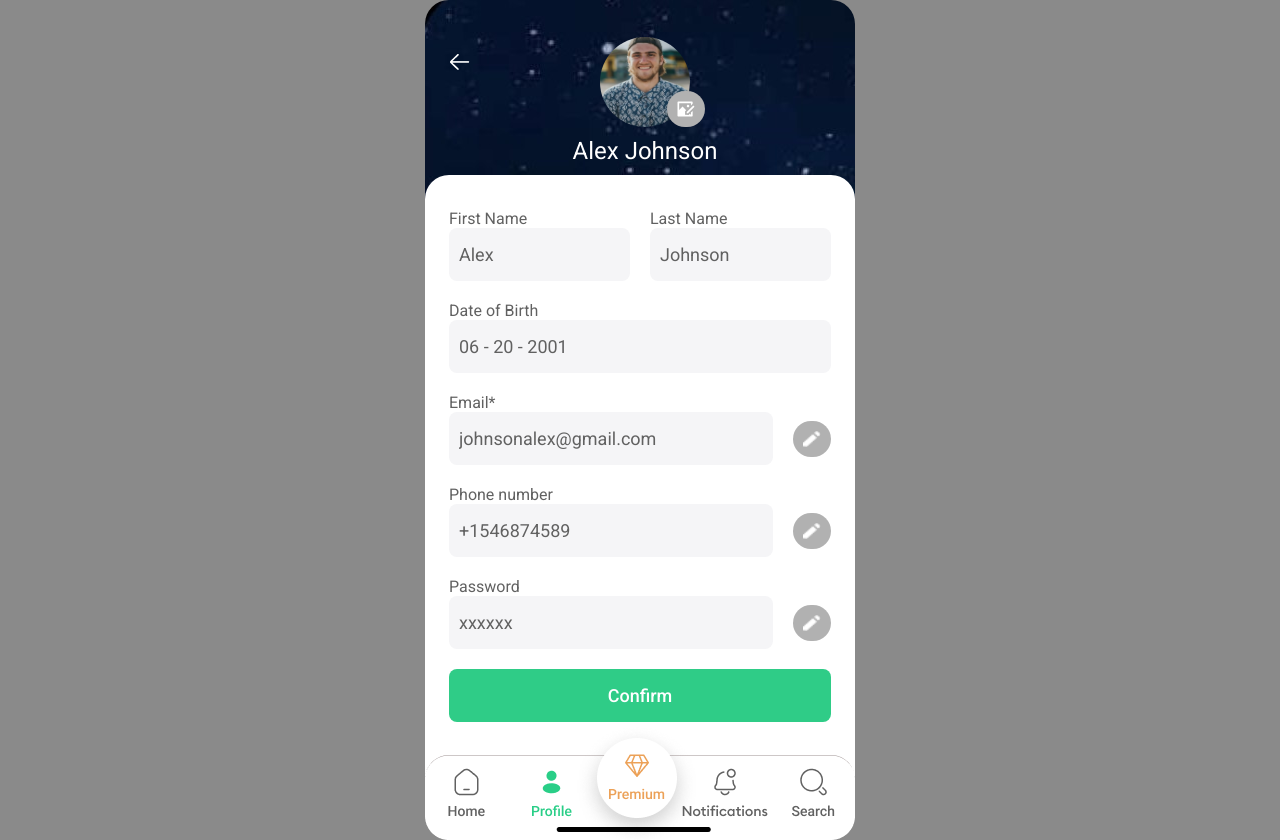
Repository: AytacSafarova/Task-figma-ui
Page: index.html
An editor plug-in stored every save of this project. The page is shown before and after a run of saves, followed by the edit.
The browser window is 1280 px wide. The pictures show the whole page.

Above is the page before, as saved 2023-02-25 19:53:09.

After the next 3 saves:
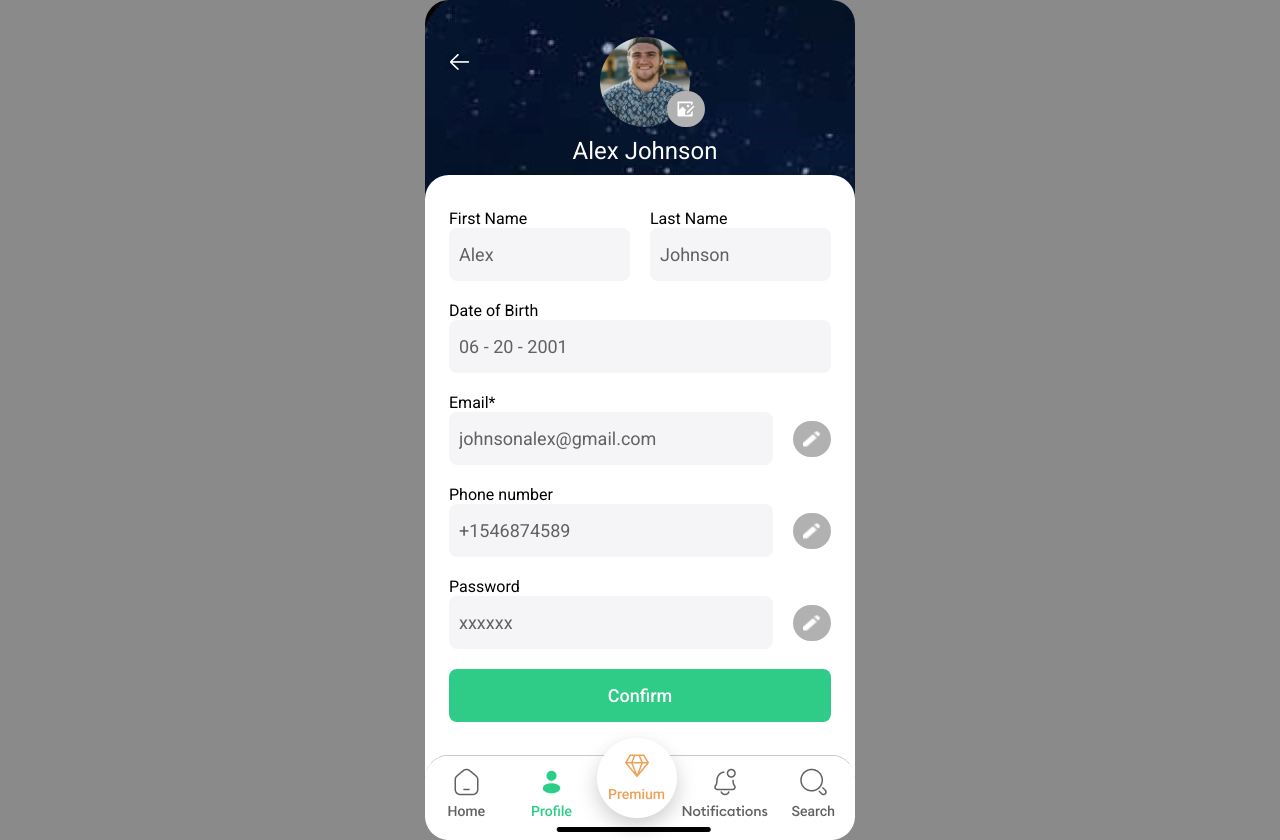
The 3 saves are shown as one change because they came seconds apart.
The last was saved 22 s later.
--- a/index.css
+++ b/index.css
@@ -101,10 +101,10 @@ input {
   border-radius: 8px;
   font-weight: 400;
   color: #616161
-
   ;
   font-size: 18px;
 }
+.bla
 label {
   display: block;
   color: #616161;
